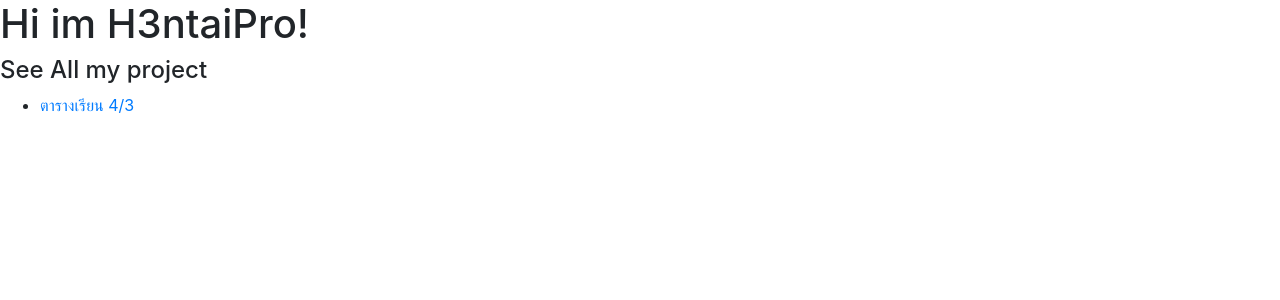
Repository: kate-gg/kate-gg.github.io
Page: index.html
The author's editor kept a copy of each file at every save. The page is drawn from the files as they stood at one save, then again after the next save.
The browser window is 1280 px wide. The pictures show the whole page.

Above is the page before, as saved 2019-05-15 20:39:13.

### index.html
<!doctype html>
<html lang="en">
  <head>
    <meta charset="utf-8">
    <meta name="viewport" content="width=device-width, initial-scale=1, shrink-to-fit=no">
    <link rel="stylesheet" href="https://stackpath.bootstrapcdn.com/bootstrap/4.3.1/css/bootstrap.min.css" integrity="sha384-ggOyR0iXCbMQv3Xipma34MD+dH/1fQ784/j6cY/iJTQUOhcWr7x9JvoRxT2MZw1T" crossorigin="anonymous">
    <title>Hello, world!</title>
  </head>
  <body>
    <h1>Hi im H3ntaiPro!</h1>
    <h4>See All my project</h4>
    <ul>
        <li><a href="4-3/">ตารางเรียน 4/3</a></li>
    </ul>


    <script src="https://code.jquery.com/jquery-3.3.1.slim.min.js" integrity="sha384-q8i/X+965DzO0rT7abK41JStQIAqVgRVzpbzo5smXKp4YfRvH+8abtTE1Pi6jizo" crossorigin="anonymous"></script>
    <script src="https://cdnjs.cloudflare.com/ajax/libs/popper.js/1.14.7/umd/popper.min.js" integrity="sha384-UO2eT0CpHqdSJQ6hJty5KVphtPhzWj9WO1clHTMGa3JDZwrnQq4sF86dIHNDz0W1" crossorigin="anonymous"></script>
    <script src="https://stackpath.bootstrapcdn.com/bootstrap/4.3.1/js/bootstrap.min.js" integrity="sha384-JjSmVgyd0p3pXB1rRibZUAYoIIy6OrQ6VrjIEaFf/nJGzIxFDsf4x0xIM+B07jRM" crossorigin="anonymous"></script>
  </body>
</html>

After the next save:
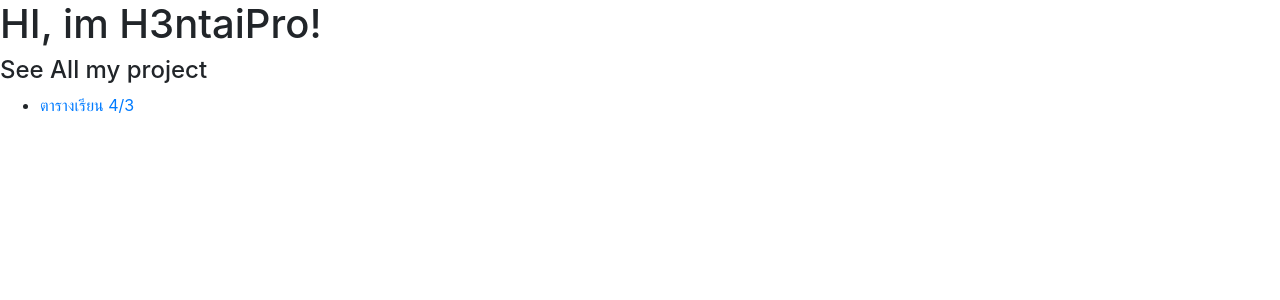
Saved 52 s later.
--- a/index.html
+++ b/index.html
@@ -7,7 +7,7 @@
     <title>Hello, world!</title>
   </head>
   <body>
-    <h1>Hi im H3ntaiPro!</h1>
+    <h1>HI, im H3ntaiPro!</h1>
     <h4>See All my project</h4>
     <ul>
         <li><a href="4-3/">ตารางเรียน 4/3</a></li>
